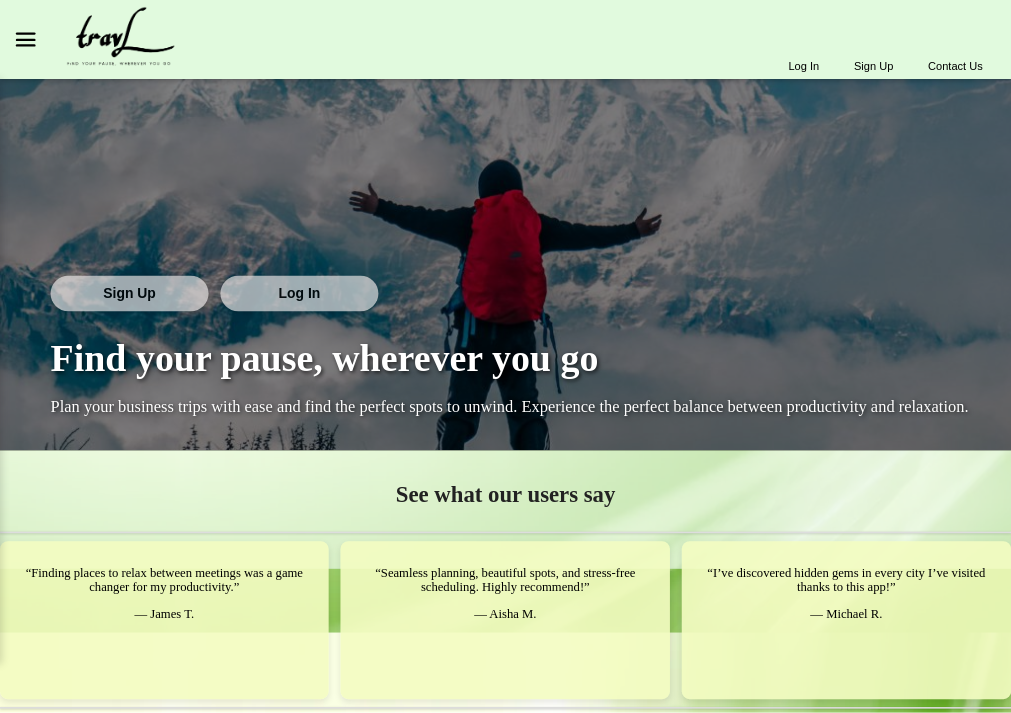
Repository: Nakib-Arman/Javafest25---travL
Page: / (app in Frontend/)
The author's editor kept a copy of each file at every save. The page is drawn from the files as they stood at one save, then again after a run of saves.
The browser window is 1280 px wide. The pictures show the whole page, at 79% of full size.
Pictures or frames that could not be fetched are drawn as grey boxes. Backgrounds fixed to the window are drawn as part of the page. The project was rebuilt for these pictures with package versions that can differ from the ones it lists, and the page was loaded fresh each time. Also part of the build but not shown: Frontend/vite.config.js.

Above is the page before, as saved 2025-08-14 19:06:42.

### Frontend/src/index.css
html, body {
    height: 100%;
    margin: 0;
    padding: 0;
    position: relative;
}

body {
    background-image: url('./assets/background2.jpg');
    background-position: center;
    background-repeat: no-repeat;
    background-size: cover;
    background-attachment: fixed;
}

body::before {
    content: '';
    position: fixed;
    top: 0;
    left: 0;
    right: 0;
    bottom: 0;
    background: rgba(241, 255, 238, 0.7);
    z-index: 0;
    pointer-events: none;
}

### Frontend/src/App.jsx
import { useState } from 'react'

import Home from './Components/Home'

function App() {
  const [count, setCount] = useState(0)

  return (
    <div>
      <Home/>
    </div>
  )
}

export default App

### Frontend/src/Components/Home.jsx
import React, { useState, useEffect, useRef } from 'react';
import '../CSS/Home.css';
import Topbar from './Topbar';
import Planform from './Planform';

import img1 from '../assets/travel1.jpg';
import img2 from '../assets/travel2.jpg';
import img3 from '../assets/travel3.jpg';

export default function Home() {
  const images = [img1, img2, img3];
  const [currentIndex, setCurrentIndex] = useState(0);

  const reviews = [
    { name: "Sophia L.", text: "This service completely transformed my business trips. I now actually look forward to traveling!" },
    { name: "James T.", text: "Finding places to relax between meetings was a game changer for my productivity." },
    { name: "Aisha M.", text: "Seamless planning, beautiful spots, and stress-free scheduling. Highly recommend!" },
    { name: "Michael R.", text: "I’ve discovered hidden gems in every city I’ve visited thanks to this app!" },
    { name: "Emily W.", text: "Perfect balance between work and relaxation — exactly what I needed." },
    { name: "David K.", text: "No more stress trying to figure out where to go. Everything’s planned perfectly." },
    { name: "Priya S.", text: "It’s like having a local guide and personal assistant rolled into one." },
    { name: "Liam P.", text: "Made my work trips more enjoyable than ever before!" },
    { name: "Hannah G.", text: "Smart recommendations and easy scheduling. Love it!" }
  ];


  const [reviewIndex, setReviewIndex] = useState(0);
  const [cardWidth, setCardWidth] = useState(0);
  const cardRef = useRef(null);


  useEffect(() => {
    const timer = setInterval(() => {
      setCurrentIndex(prev => (prev + 1) % images.length);
    }, 8000);
    return () => clearInterval(timer);
  }, [images.length]);

  useEffect(() => {
    const timer = setInterval(() => {
      setReviewIndex(prev => {
        const maxIndex = reviews.length - 3; // max starting index
        return prev < maxIndex ? prev + 1 : 0; // reset to 0 after last slide
      });
    }, 3000);
    return () => clearInterval(timer);
  }, [reviews.length]);


  useEffect(() => {
    if (cardRef.current) {
      setCardWidth(cardRef.current.offsetWidth + 15);
    }
  }, []);


  return (
    <div className="home-container">
      {/* 1. Topbar */}
      <Topbar />

      {/* 2.sliding images */}
      <div className="slideshow-container">
        <div
          className="slide-track"
          style={{ transform: `translateX(-${currentIndex * 100}%)` }}
        >
          {images.map((src, idx) => (
            <img key={idx} src={src} alt={`Slide ${idx}`} className="slide-image" />
          ))}
        </div>

        <div className="overlay-text">
          <div className="overlay-buttons">
            <button className="btn signup-btn">Sign Up</button>
            <button className="btn login-btn">Log In</button>
          </div>
          <h1>Find your pause, wherever you go</h1>
          <p>Plan your business trips with ease and find the perfect spots to unwind.
            Experience the perfect balance between productivity and relaxation.</p>
        </div>
      </div>

      {/* 3. */}

      {/* 4. Reviews */}
      <div className="review-section">
        <h2 className="review-title">See what our users say</h2>

        <div className="review-slideshow">
          <div className="review-line top-line"></div>

          <div
            className="review-track"
            style={{ transform: `translateX(-${reviewIndex * cardWidth}px)` }}
          >
            {reviews.map((review, idx) => (
              <div
                className="review-card"
                key={idx}
                ref={idx === 0 ? cardRef : null}
              >
                <p className="review-text">“{review.text}”</p>
                <span className="review-author">— {review.name}</span>
              </div>
            ))}
          </div>

          <div className="review-line bottom-line"></div>
        </div>
      </div>

    </div>
  );
}

### Frontend/src/CSS/Home.css
/* basic container */
.home-container {
    margin: 0;
    padding: 0;
    height: 100vh;
    width: 100vw;
    position: relative;
    color: black;
}


/* sliding image */
.slideshow-container {
    position: relative;
    margin-top: 100px;
    margin-left: 0px;
    width: 100%;
    height: calc(100% - 250px);
    overflow: hidden;
    background-color: black;
    z-index: 2;
}

.slide-track {
    display: flex;
    transition: transform 0.8s ease-in-out;
    height: 100%;
}

.slide-image {
    min-width: 100%;
    height: 100%;
    object-fit: cover;
    opacity: 0.5;
}


/* text on the sliding image */
.overlay-text {
    position: absolute;
    bottom: 5%;
    left: 5%;
    transform: none;
    text-align: left;
    color: white;
    text-shadow: 2px 2px 6px rgba(0, 0, 0, 0.7);
    z-index: 2;
}

.overlay-text h1 {
    font-size: 3rem;
    margin-bottom: 10px;
}

.overlay-text p {
    font-size: 1.3rem;
}


/* signup and login button */
.overlay-buttons {
    margin-top: 20px;
    display: flex;
    gap: 15px;
}

.btn {
    padding: 12px 24px;
    font-size: 1.1rem;
    border: none;
    border-radius: 30px;
    cursor: pointer;
    font-weight: bold;
    transition: background-color 0.3s ease, transform 0.2s ease;
    width: 200px;
    opacity: 0.8;
    box-shadow: 0 2px 5px rgba(0, 0, 0, 0.2);
}

.signup-btn {
    background-color: #e6e2e2dc;
    color: black;
}

.signup-btn:hover {
    background-color: #e9ebe9;
    color: black;
    transform: scale(1.05);
}

.login-btn {
    background-color: #e6e2e2dc;
    color: black;
}

.login-btn:hover {
    background-color: #e9ebe9;
    transform: scale(1.05);
}


/* Reviews */
.review-slideshow {
    margin-top: 25px;
    overflow: hidden;
    max-width: 1500px;
    margin-left: auto;
    margin-right: auto;
}

.review-track {
    display: flex;
    transition: transform 0.6s ease-in-out;
    gap: 15px;
}

.review-card {
    background: rgba(243, 252, 193, 0.9);
    padding: 15px;
    border-radius: 10px;
    box-shadow: 0 4px 10px rgba(10, 1, 1, 0.1);
    flex: 0 0 calc((100% / 3) - 10px);
    box-sizing: border-box;
    min-height: 200px;
}

.review-section {
    margin-top: 40px;
    text-align: center;
}

.review-title {
    font-size: 1.8rem;
    font-weight: bold;
    margin-bottom: 20px;
    color: #222;
}

.review-line {
    height: 2px;
    width: 100%;
    background: #ddd;
    box-shadow: 0 1px 3px rgba(0, 0, 0, 0.2);
    margin: 5px 0;
}

.top-line {
    margin-bottom: 10px;
}

.bottom-line {
    margin-top: 10px;
}

### Frontend/src/Components/Topbar.jsx
// src/components/Topbar.js
import React, { useState } from 'react';
import '../CSS/Topbar.css';
import Sidebar from './Sidebar';

export default function Topbar() {

  const [isSidebarOpen, setIsSidebarOpen] = useState(false);

  const toggleSidebar = () => {
    if (isSidebarOpen) {
      setIsSidebarOpen(false);
    }
    else {
      setIsSidebarOpen(true);
    }
  };

  return (
    <div>
      <nav className="topbar">

        <div className="left-section">
          <div className="hamburger" onClick={toggleSidebar}>
            <span></span>
            <span></span>
            <span></span>
          </div>
          <a href="/" className="logo-link"></a>
        </div>
        <div className="nav-buttons">
          <button>Log In</button>
          <button>Sign Up</button>
          <button>Contact Us</button>
        </div>
      </nav>
      <Sidebar className={isSidebarOpen ? "sidebar" : "sidebar-show"} />
    </div>
  );
}

### Frontend/src/CSS/Topbar.css
/* basic container */
.topbar {
  position: fixed;
  top: 0;
  left: 0;
  right: 0;
  height: 100px;
  background-color: #e1fade;
  display: flex;
  justify-content: space-between;
  align-items: flex-end;
  padding: 0 20px;
  box-shadow: 0 2px 5px rgba(0, 0, 0, 0.2);
  z-index: 1000;
}

/* Group container for hamburger + logo */
.left-section {
  display: flex;
  align-items: center;
  gap: 15px;
}


/* hamburger icon */
.hamburger {
  display: flex;
  flex-direction: column;
  justify-content: space-between;
  width: 25px;
  height: 18px;
  cursor: pointer;
}

.hamburger span {
  display: block;
  height: 3px;
  background-color: black;
  border-radius: 2px;
}


/* logo */
.logo-link {
  display: inline-block;
  height: 100px;
  width: 180px;
  background-image: url('../assets/Logo1.png');
  background-size: contain;
  background-repeat: no-repeat;
  background-position: center;
}



/* Navigation buttons container */
.nav-buttons {
  display: flex;
  gap: 12px;
}

.nav-buttons button {
  background-color: transparent;
  color: black;
  border: none;
  padding: 8px 16px;
  border-radius: 6px;
  font-size: 14px;
  font-weight: 500;
  cursor: pointer;
  transition: background-color 0.3s ease;
}

.nav-buttons button:hover {
  background-color: #354434;
  color: white;
}

### Frontend/src/Components/Sidebar.jsx
// src/components/Sidebar.js
import React from 'react';
import '../CSS/Sidebar.css';

export default function Sidebar(props) {
  return (
    <div className={props.className}>
      <button>Plan a Schedule</button>
      <button>Reviews</button>
      <button>About Us</button>
    </div>
  );
}

### Frontend/src/CSS/Sidebar.css
/* basic container */
/* when sidebar on */
.sidebar {
  position: fixed;
  top: 100px;
  left: 0;
  width: 200px;
  height: 100vh;
  background-image: url('../assets/background2.jpg');
  background-position: center;
  background-repeat: no-repeat;
  background-size: cover;
  display: flex;
  flex-direction: column;
  padding: 10px;
  gap: 10px;
  z-index: 1050;
  box-shadow: 2px 0 10px rgba(0, 0, 0, 0.15);
  transform: translateX(0);
  transition: transform 0.3s ease;
}

/* when sidebar not on */
.sidebar-show {
  position: fixed;
  top: 100px;
  left: 0;
  width: 200px;
  height: 100vh;
  background-image: url('../assets/background2.jpg');
  background-position: center;
  background-repeat: no-repeat;
  background-size: cover;
  display: flex;
  flex-direction: column;
  padding: 10px;
  gap: 10px;
  z-index: 1050;
  box-shadow: 2px 0 10px rgba(0, 0, 0, 0.15);
  transform: translateX(-100%);
  transition: transform 0.3s ease;
}

.sidebar::before,
.sidebar-show::before {
  content: '';
  position: absolute;
  top: 0;
  left: 0;
  right: 0;
  bottom: 0;
  background: rgba(241, 255, 238, 0.9);
  z-index: 1;
  pointer-events: none;
}


/* sidebar buttons */
.sidebar button,
.sidebar-show button {
  background-color: transparent;
  color: black;
  border: none;
  padding: 12px;
  text-align: left;
  border-radius: 4px;
  cursor: pointer;
  transition: background-color 0.3s ease;
  z-index: 2;
}

.sidebar button:hover,
.sidebar-show button:hover {
  background-color: #354434;
  color: white;
}

### Frontend/src/Components/Planform.jsx
import React, { useState } from 'react';
import '../CSS/Planform.css';

export default function Planform() {
  const [meetings, setMeetings] = useState([{ date: '', start: '', end: '', location: '' }]);
  const [freeTimes, setFreeTimes] = useState([{ date: '', start: '', end: '' }]);
  const [preferences, setPreferences] = useState({
    relaxing: false,
    tourist: false,
    cafes: false,
    parks: false
  });

  const handleMeetingChange = (index, field, value) => {
    const updated = [...meetings];
    updated[index][field] = value;
    setMeetings(updated);
  };

  const handleFreeTimeChange = (index, field, value) => {
    const updated = [...freeTimes];
    updated[index][field] = value;
    setFreeTimes(updated);
  };

  const addMeeting = () => setMeetings([...meetings, { date: '', start: '', end: '', location: '' }]);
  const addFreeTime = () => setFreeTimes([...freeTimes, { date: '', start: '', end: '' }]);

  const handlePreferenceChange = (e) => {
    setPreferences({ ...preferences, [e.target.name]: e.target.checked });
  };

  const handleSubmit = (e) => {
    e.preventDefault();
    const formData = { meetings, freeTimes, preferences };
    console.log('Submitted Schedule:', formData);
    // You can send this data to your backend or process it further
  };

  return (
    <div className="form-container">
      <h2>Plan Your Travel Schedule</h2>
      <form onSubmit={handleSubmit}>
        <h3>Meetings</h3>
        {meetings.map((meeting, idx) => (
          <div className="meeting-row" key={idx}>
            <input type="date" value={meeting.date} onChange={(e) => handleMeetingChange(idx, 'date', e.target.value)} required />
            <input type="time" value={meeting.start} onChange={(e) => handleMeetingChange(idx, 'start', e.target.value)} required />
            <input type="time" value={meeting.end} onChange={(e) => handleMeetingChange(idx, 'end', e.target.value)} required />
            <input type="text" placeholder="Location / City" value={meeting.location} onChange={(e) => handleMeetingChange(idx, 'location', e.target.value)} required />
          </div>
        ))}
        <button type="button" onClick={addMeeting}>+ Add Meeting</button>

        <h3>Free Time Slots</h3>
        {freeTimes.map((slot, idx) => (
          <div className="free-row" key={idx}>
            <input type="date" value={slot.date} onChange={(e) => handleFreeTimeChange(idx, 'date', e.target.value)} required />
            <input type="time" value={slot.start} onChange={(e) => handleFreeTimeChange(idx, 'start', e.target.value)} required />
            <input type="time" value={slot.end} onChange={(e) => handleFreeTimeChange(idx, 'end', e.target.value)} required />
          </div>
        ))}
        <button type="button" onClick={addFreeTime}>+ Add Free Time Slot</button>

        <h3>Preferences</h3>
        <label>
          <input type="checkbox" name="relaxing" checked={preferences.relaxing} onChange={handlePreferenceChange} /> Relaxing Spots
        </label>
        <label>
          <input type="checkbox" name="tourist" checked={preferences.tourist} onChange={handlePreferenceChange} /> Tourist Spots
        </label>
        <label>
          <input type="checkbox" name="cafes" checked={preferences.cafes} onChange={handlePreferenceChange} /> Cafes / Restaurants
        </label>
        <label>
          <input type="checkbox" name="parks" checked={preferences.parks} onChange={handlePreferenceChange} /> Parks / Nature
        </label>

        <button type="submit">Submit Schedule</button>
      </form>
    </div>
  );
}

### Frontend/src/CSS/Planform.css
.form-container {
    max-width: 800px;
    margin: 40px auto;
    padding: 20px 30px;
    background: #ffffff;
    border-radius: 12px;
    box-shadow: 0 4px 15px rgba(0,0,0,0.08);
    font-family: Arial, sans-serif;
  }

  .form-container h2 {
    text-align: center;
    margin-bottom: 25px;
    color: #222;
  }

  .form-container h3 {
    margin-top: 25px;
    margin-bottom: 10px;
    color: #444;
    border-bottom: 2px solid #f0f0f0;
    padding-bottom: 5px;
  }

  .meeting-row, .free-row {
    display: flex;
    flex-wrap: wrap;
    gap: 10px;
    margin-bottom: 10px;
  }

  .meeting-row input,
  .free-row input {
    flex: 1;
    min-width: 120px;
    padding: 8px 10px;
    border: 1px solid #ccc;
    border-radius: 6px;
    font-size: 0.95rem;
  }

  button[type="button"] {
    background: #f3f3f3;
    color: #333;
    padding: 6px 14px;
    margin-top: 5px;
    border: none;
    border-radius: 6px;
    cursor: pointer;
    font-size: 0.9rem;
    transition: background-color 0.3s ease;
  }

  button[type="button"]:hover {
    background: #e4e4e4;
  }

  label {
    display: inline-flex;
    align-items: center;
    margin-right: 15px;
    font-size: 0.95rem;
    cursor: pointer;
  }

  label input {
    margin-right: 6px;
  }

  button[type="submit"] {
    margin-top: 20px;
    width: 100%;
    background: #2d89ef;
    color: white;
    padding: 12px;
    font-size: 1.05rem;
    font-weight: bold;
    border: none;
    border-radius: 6px;
    cursor: pointer;
    transition: background-color 0.3s ease;
  }

  button[type="submit"]:hover {
    background: #1c6cd3;
  }

  /* Mobile-friendly adjustments */
  @media (max-width: 600px) {
    .meeting-row, .free-row {
      flex-direction: column;
    }

    .meeting-row input,
    .free-row input {
      width: 100%;
    }
  }

Loaded but not shown: Frontend/index.html (common file); Frontend/src/main.jsx (common file)

After the next 5 saves:
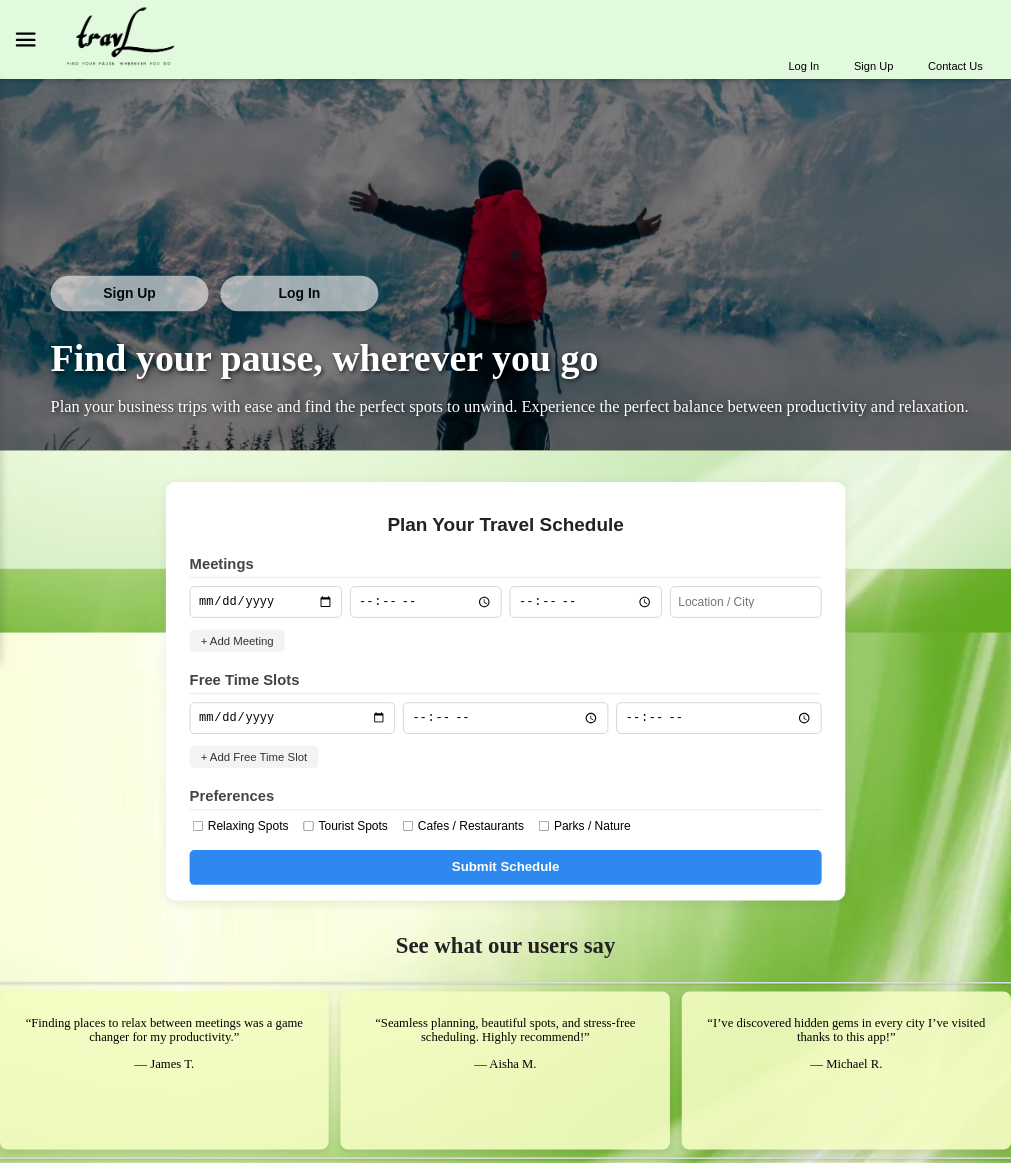
The 5 saves are shown as one change because they came seconds apart.
The last was saved 13 s later.
--- a/Frontend/src/Components/Home.jsx
+++ b/Frontend/src/Components/Home.jsx
@@ -81,7 +81,8 @@ export default function Home() {
         </div>
       </div>
 
-      {/* 3. */}
+      {/* 3. Planning Form */}
+      <Planform/>
 
       {/* 4. Reviews */}
       <div className="review-section">
